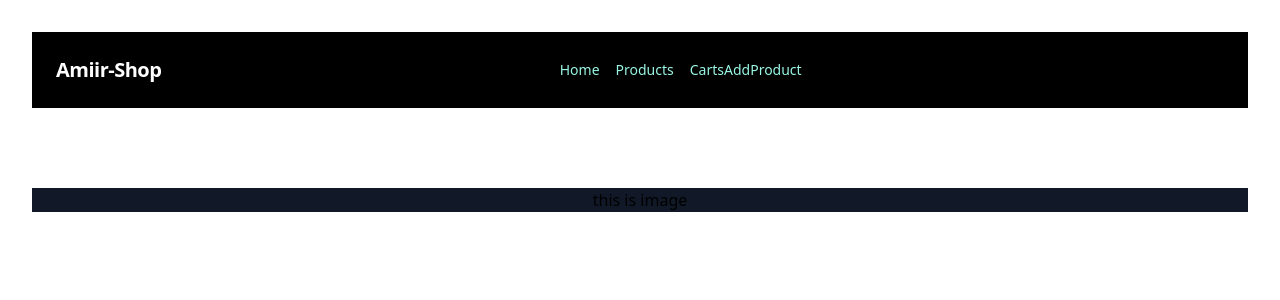
Repository: ENG-AMIIR-MUSE/ECommerce-app-using-react
Page: /addProducts
An editor plug-in stored every save of this project. The page is shown before and after the next save, followed by the edit.
The browser window is 1280 px wide. The pictures show the whole page.
The page's requests for data from a server got no answer. The project was rebuilt for these pictures with package versions that can differ from the ones it lists, and the page was loaded fresh each time. No one was signed in, and anything a server would have sent is missing. Also part of the build but not shown: vite.config.js, src/Components/productList.js, src/Components/productCard.js.

Above is the page before, as saved 2023-06-24 18:53:52.

### src/main.jsx
import React from 'react'
import ReactDOM from 'react-dom/client'
import App from './App.jsx'
import './index.css'

import { BrowserRouter }  from 'react-router-dom'



ReactDOM.createRoot(document.getElementById('root')).render(
  <React.StrictMode>
    <BrowserRouter>
    <App />
    </BrowserRouter>

  </React.StrictMode>,

)

### src/App.jsx
import { useEffect } from 'react'
import { useState } from 'react'
import axios from 'axios'
import ProductList from './Components/ProductList'
import ProductCard from './Components/ProductCard'

import './App.css'

import {NavBar} from './Components/NavBar'
import {  Routes,Route } from 'react-router-dom'

import AddProduct from './Components/AddProduct'

function App() {
const [products,setProducts] =  useState([])

useEffect(()=>{
  axios.get('https://fakestoreapi.com/products')
  .then((response)=>{
    // console.log(response)
   setProducts(response.data)
  }).catch((er)=>{
    console.log(er.response)
  })

})

  return (
    <>

    {/* {console.log(products)} */}
    <NavBar/>

    {/* <ProductCard/> */}
    <Routes>
    <Route path="/"/>
    <Route path="/products" element={<ProductList products ={products}/>}/>

    <Route path="/products/:id" element={<ProductCard products = {products}/>}/>
  <Route path="/addProducts/" element={<AddProduct/>}/>
  </Routes>
    </>


  )


}

export default App

### src/Components/NavBar.jsx
import React from 'react'
import {Link } from 'react-router-dom'
 export function NavBar() {
  return (
    <>
    <nav className=" items-center justify-between flex-wrap bg-black p-6 mb-20 h-auto p-5">
  <div className="flex items-center flex-shrink-0 text-white mr-6">

    <span className="font-semibold text-xl tracking-tight">Amiir-Shop</span>


  <div className="w-full block flex-grow lg:flex lg:items-center lg:w-auto">
    <div className="text-sm lg:flex-grow">
      <Link to="/" className="block mt-4 lg:inline-block lg:mt-0 text-teal-200 hover:text-white mr-4">
        Home
      </Link>
      <Link to="/products" className="block mt-4 lg:inline-block lg:mt-0 text-teal-200 hover:text-white mr-4">
        Products
      </Link>
      <Link to="/carts" className="block mt-4 lg:inline-block lg:mt-0 text-teal-200 hover:text-white">
        Carts
      </Link>
      <Link to="/addProducts" className="block mt-4 lg:inline-block lg:mt-0 text-teal-200 hover:text-white">
        AddProduct
      </Link>
    </div>

  </div>
  </div>
</nav>
    </>
  )

 }

### src/Components/AddProduct.jsx

const  AddProduct = ()=>{

    return(

        <div  className="bg-gray-900">
          <div>
         <p>this is image</p>
          </div>
          <div>
          <form>
          </form>
          </div>
        </div>
    )
}
export default AddProduct;

Loaded but not shown: index.html (common file); src/index.css (common file); src/App.css (common file); tailwind.config.js (common file)

After the next save:
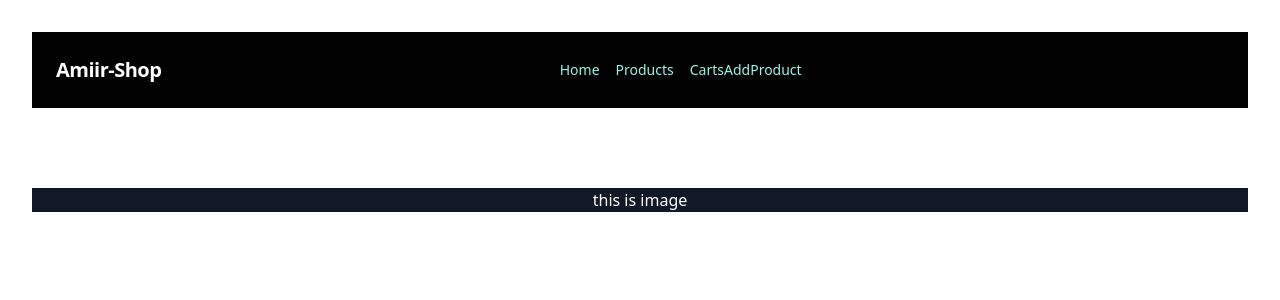
Saved 2 min 0 s later.
--- a/src/Components/AddProduct.jsx
+++ b/src/Components/AddProduct.jsx
@@ -3,7 +3,7 @@
 
     return(
 
-        <div  className="bg-gray-900">
+        <div  className="bg-gray-900 text-white">
           <div>
          <p>this is image</p>
           </div>
